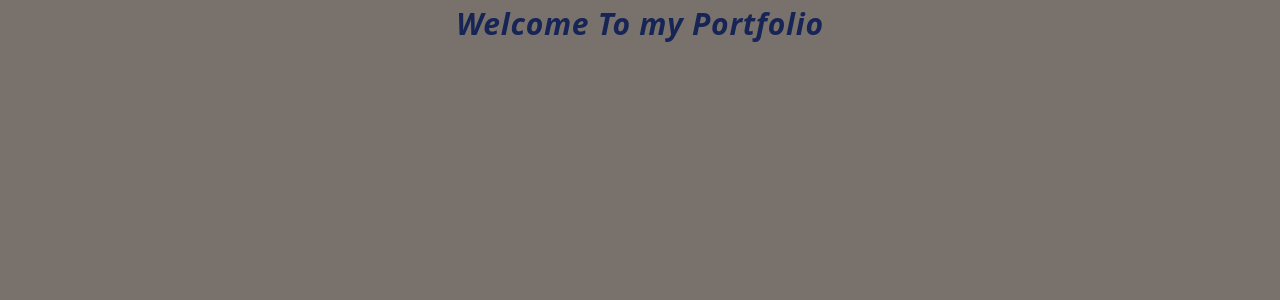
Repository: abhaysharma20233009/portfolio
Page: /
These files come from the project's save history. The page is drawn as it stood at one moment and after the next save; the edit follows.
The browser window is 1280 px wide. The pictures show the whole page.
The project was rebuilt for these pictures with package versions that can differ from the ones it lists, and the page was loaded fresh each time. Also part of the build but not shown: vite.config.js, src/App.css.

Above is the page before, as saved 2025-05-20 17:09:01.

After the next save:
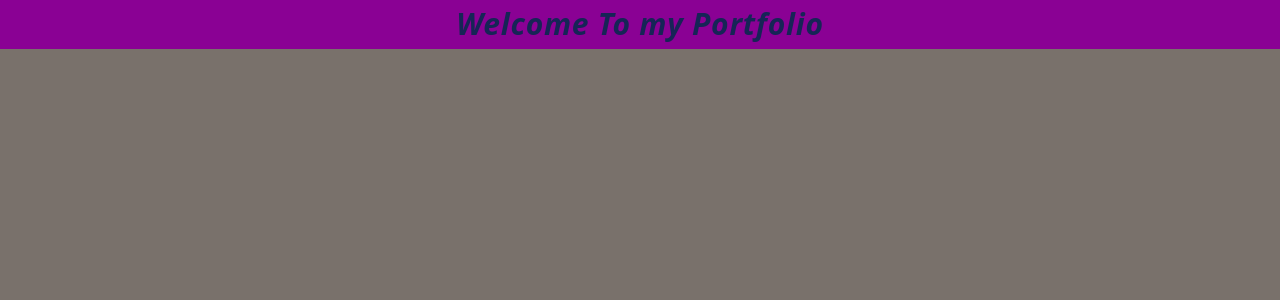
Saved 18 s later.
--- a/src/App.jsx
+++ b/src/App.jsx
@@ -8,7 +8,7 @@ function App() {
   return (
     <>
      <div className="h-screen w-full text-3xl bg-stone-500">
-  <h1 className='text-center text-shadow text-blue-950  font-bold italic tracking-wide leading-relaxed'>Welcome To my Portfolio</h1>
+  <h1 className='text-center text-shadow text-blue-950 bg-fuchsia-800 font-bold italic tracking-wide leading-relaxed'>Welcome To my Portfolio</h1>
         </div>
 
     </>
